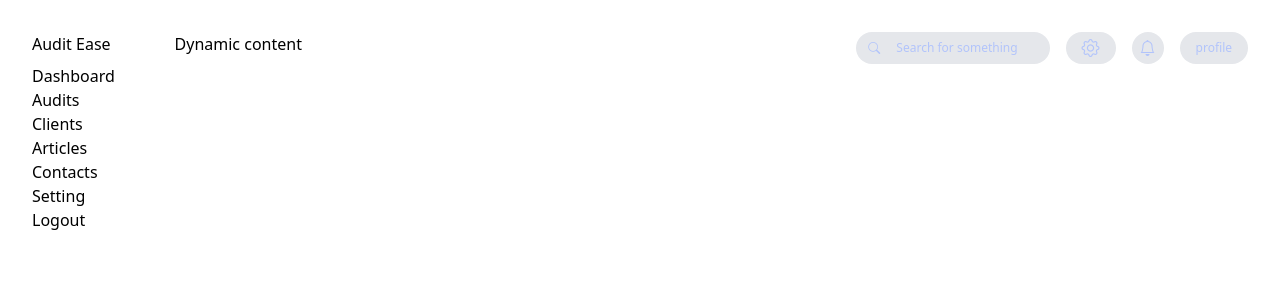
Repository: EclipticCode/Audit-Ease-FE
Page: /
An editor plug-in stored every save of this project. The page is shown before and after the next save, followed by the edit.
The browser window is 1280 px wide. The pictures show the whole page.
Some web libraries are served in a nearby version. The project was rebuilt for these pictures with package versions that can differ from the ones it lists, and the page was loaded fresh each time. Also part of the build but not shown: vite.config.js, Login.jsx, src/Navbar.jsx.

Above is the page before, as saved 2025-03-27 21:16:59.

### index.html
<!doctype html>
<html lang="en">
  <head>
    <meta charset="UTF-8" />
    <link rel="icon" type="image/svg+xml" href="" />
    <meta name="viewport" content="width=device-width, initial-scale=1.0" />
    <title>Audit Ease</title>
     <!-- Bootstrap Icon link-->
     <link
     rel="stylesheet"
     href="https://cdn.jsdelivr.net/npm/bootstrap-icons@1.11.3/font/bootstrap-icons.min.css"
   />
    <!-- Font awesome CDN -->
    <link rel="stylesheet" href="https://cdnjs.cloudflare.com/ajax/libs/font-awesome/6.6.0/css/all.min.css">
  </head>
  <body>
    <div id="root"></div>
    <script type="module" src="/src/main.jsx"></script>
  </body>
</html>

### src/main.jsx
import React from "react";
import ReactDOM from "react-dom/client";
import App from "./App";
import "./index.css"; // Ensure Tailwind styles are imported

ReactDOM.createRoot(document.getElementById("root")).render(
  <React.StrictMode>
    <App />
  </React.StrictMode>
);

### src/App.jsx
import React from 'react'
import Login from '../Login'
import Navbar from './Navbar'
import NavandSideBar from './NavandSideBar'

const App = () => {
  return (
   <div>
      <NavandSideBar/>
   </div>
  )
}

export default App

### src/index.css
@import url('https://fonts.googleapis.com/css2?family=Roboto:ital,wght@0,100..900;1,100..900&display=swap');

@import "tailwindcss";

@theme {
  --font-roboto: "Roboto", sans-serif;
  --font-weight-light: 300;
  --font-weight-normal: 400;
  --font-weight-medium: 500;
  --font-weight-semibold: 600;
  --font-weight-bold: 700;
  --color-soft-primary: #B2C4FB;
  --color-light-primary: #053ADA;
  --color-dark-primary: #032691;
  --color-deep-primary: #021655;
  --color-soft-secondary: #FFFFFF;
  --color-light-secondary: #B1B1B1;
  --color-dark-secondary: #263238;
  --color-deep-secondary: #000000;

}

### src/NavandSideBar.jsx
import React from 'react'

const NavandSideBar = () => {
  return (
    <div className='m-8'>
        <div className='flex flex-row justify-between'>
            <div className='flex'>
            <div>Audit Ease</div>
            <div className='ml-16'>Dynamic content</div>
            </div>
            <div className='flex space-x-4'>
            <div className="bg-gray-200 flex items-center justify-center rounded-full text-xs pl-3 pr-8 py-4 w-auto h-4 text-soft-primary">
              <span><i className="bi bi-search pr-4"></i></span> <span>Search for something</span>
            </div>
            <div className="bg-gray-200 flex items-center justify-center rounded-full text-lg p-4 w-auto h-4 text-soft-primary"><i className="bi bi-gear"></i></div>
            <div className="bg-gray-200 flex items-center justify-center rounded-full text-md p-4 w-6 h-4 text-soft-primary"><i className="bi bi-bell"></i></div>
            <div className="bg-gray-200 flex items-center justify-center rounded-full text-xs p-4 w-auto h-4 text-soft-primary">profile</div>
            </div>
        </div>
        <div className='flex flex-col'>
            <div>Dashboard</div>
            <div>Audits</div>
            <div>Clients</div>
            <div>Articles</div>
            <div>Contacts</div>
            <div>Setting</div>
            <div>Logout</div>
        </div>
    </div>
  )
}

export default NavandSideBar

After the next save:
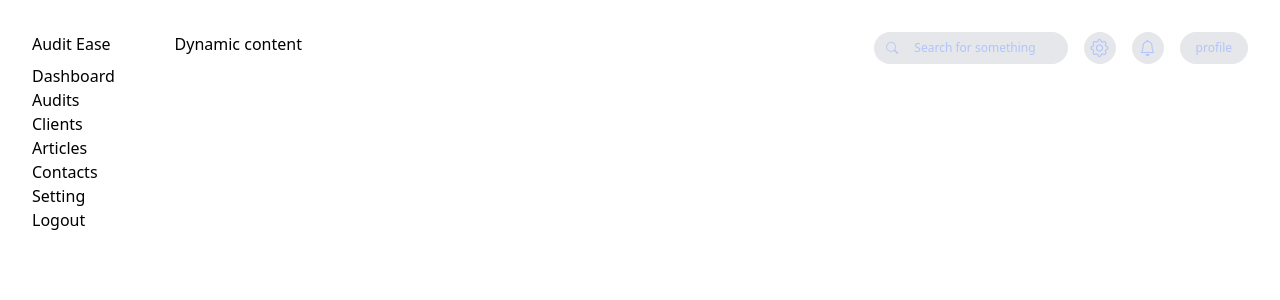
Saved 13 s later.
--- a/src/NavandSideBar.jsx
+++ b/src/NavandSideBar.jsx
@@ -12,7 +12,7 @@ const NavandSideBar = () => {
             <div className="bg-gray-200 flex items-center justify-center rounded-full text-xs pl-3 pr-8 py-4 w-auto h-4 text-soft-primary">
               <span><i className="bi bi-search pr-4"></i></span> <span>Search for something</span>
             </div>
-            <div className="bg-gray-200 flex items-center justify-center rounded-full text-lg p-4 w-auto h-4 text-soft-primary"><i className="bi bi-gear"></i></div>
+            <div className="bg-gray-200 flex items-center justify-center rounded-full text-lg p-4 w-6 h-4 text-soft-primary"><i className="bi bi-gear"></i></div>
             <div className="bg-gray-200 flex items-center justify-center rounded-full text-md p-4 w-6 h-4 text-soft-primary"><i className="bi bi-bell"></i></div>
             <div className="bg-gray-200 flex items-center justify-center rounded-full text-xs p-4 w-auto h-4 text-soft-primary">profile</div>
             </div>
